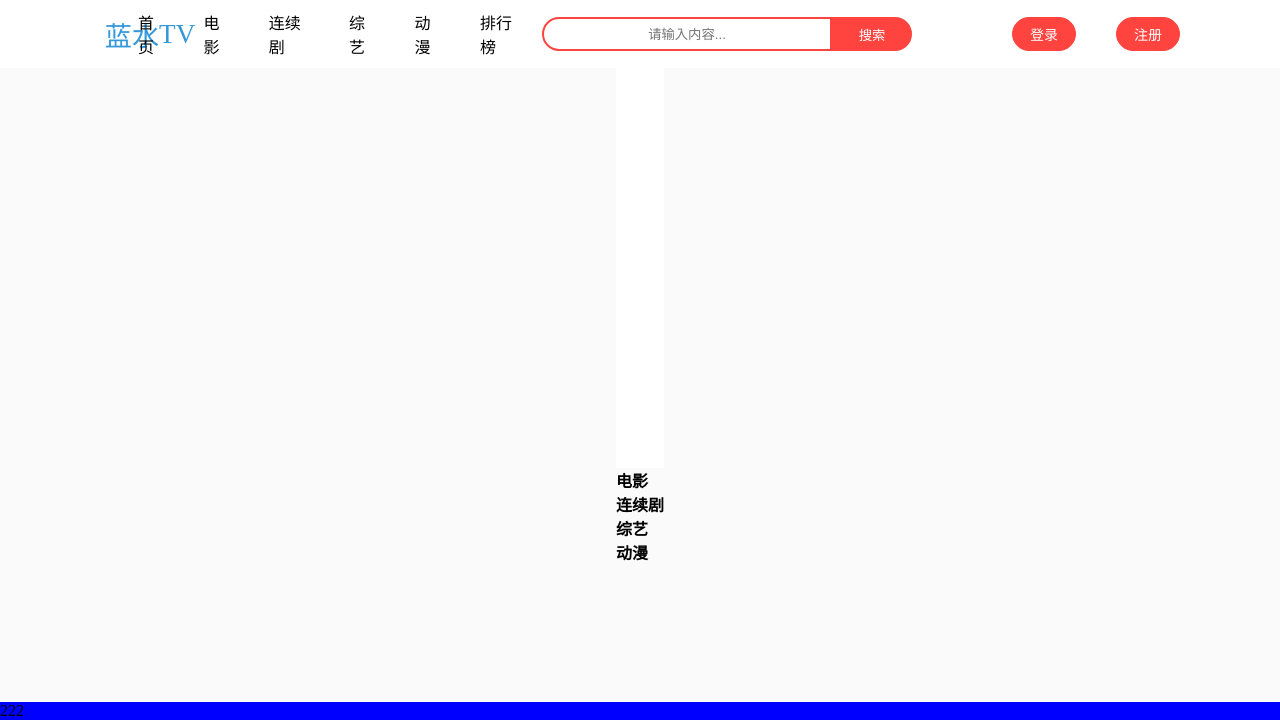
Repository: 842992406/blueWaterTV
Page: index.html
An editor plug-in stored every save of this project. The page is shown before and after the next save, followed by the edit.
The browser window is 1280 px wide. The pictures show the whole page.

Above is the page before, as saved 2022-05-05 16:44:09.

After the next save:
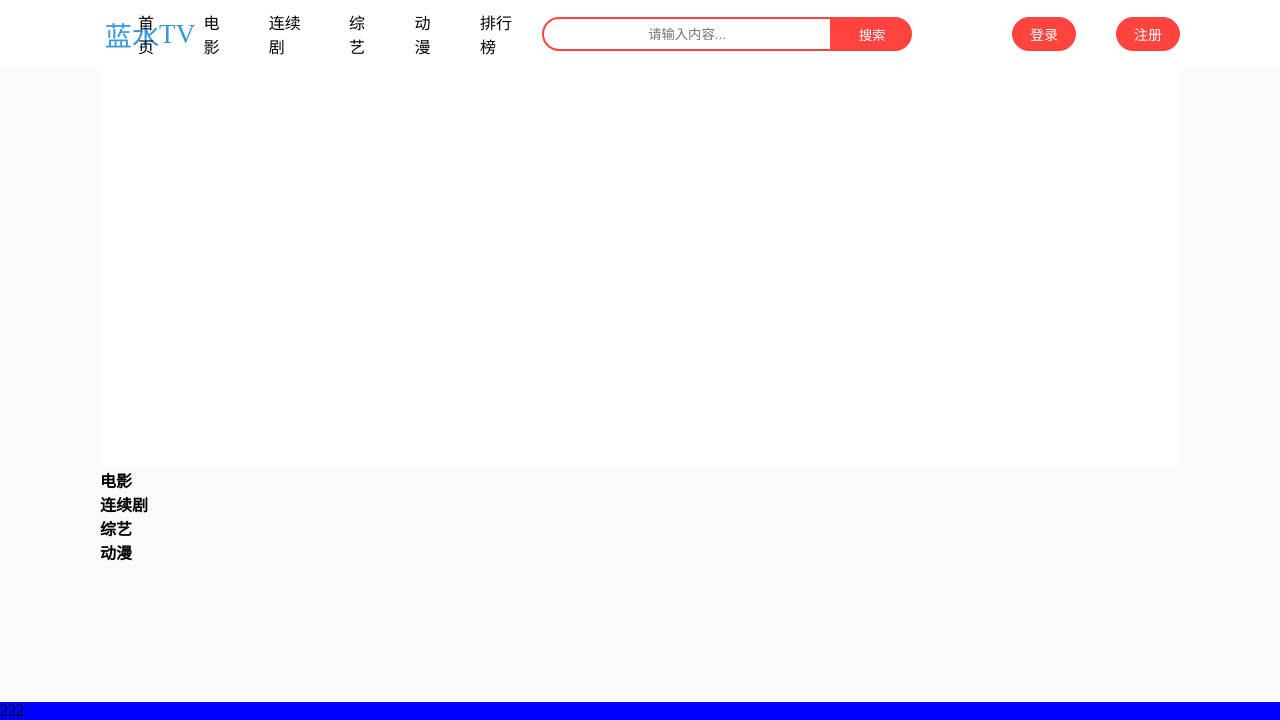
Saved 34 s later.
--- a/css/index.css
+++ b/css/index.css
@@ -154,6 +154,10 @@ main{
   align-items: center;
 }
 
+.mainCard{
+  width: 1080px;
+}
+
 .mainCard .map{
   width: 100%;
   height: 400px;
